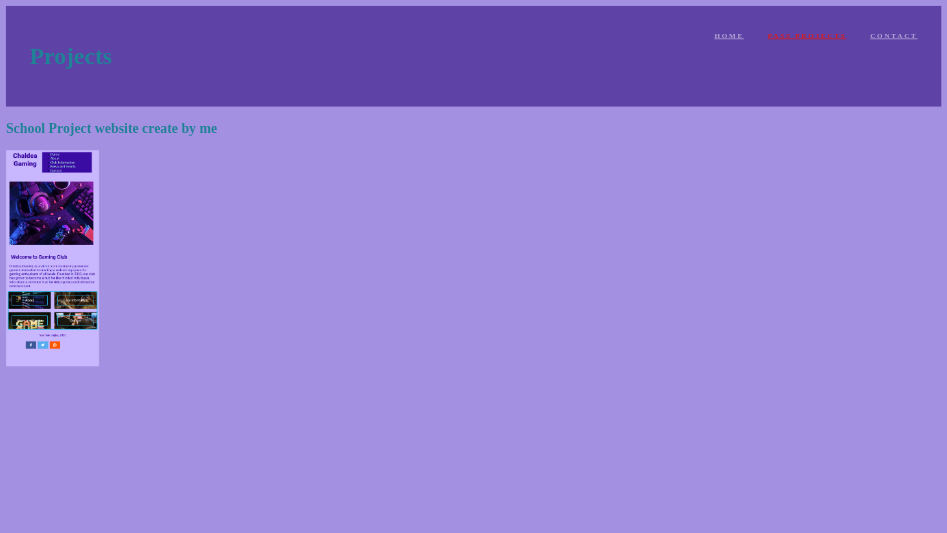
Repository: NyleNC/main
Page: projects.html
The author's editor kept a copy of each file at every save. The page is drawn from the files as they stood at one save, then again after the next save.
The browser window is 1280 px wide. The pictures show the whole page, at 74% of full size.

Above is the page before, as saved 2024-11-07 00:25:18.

After the next save:
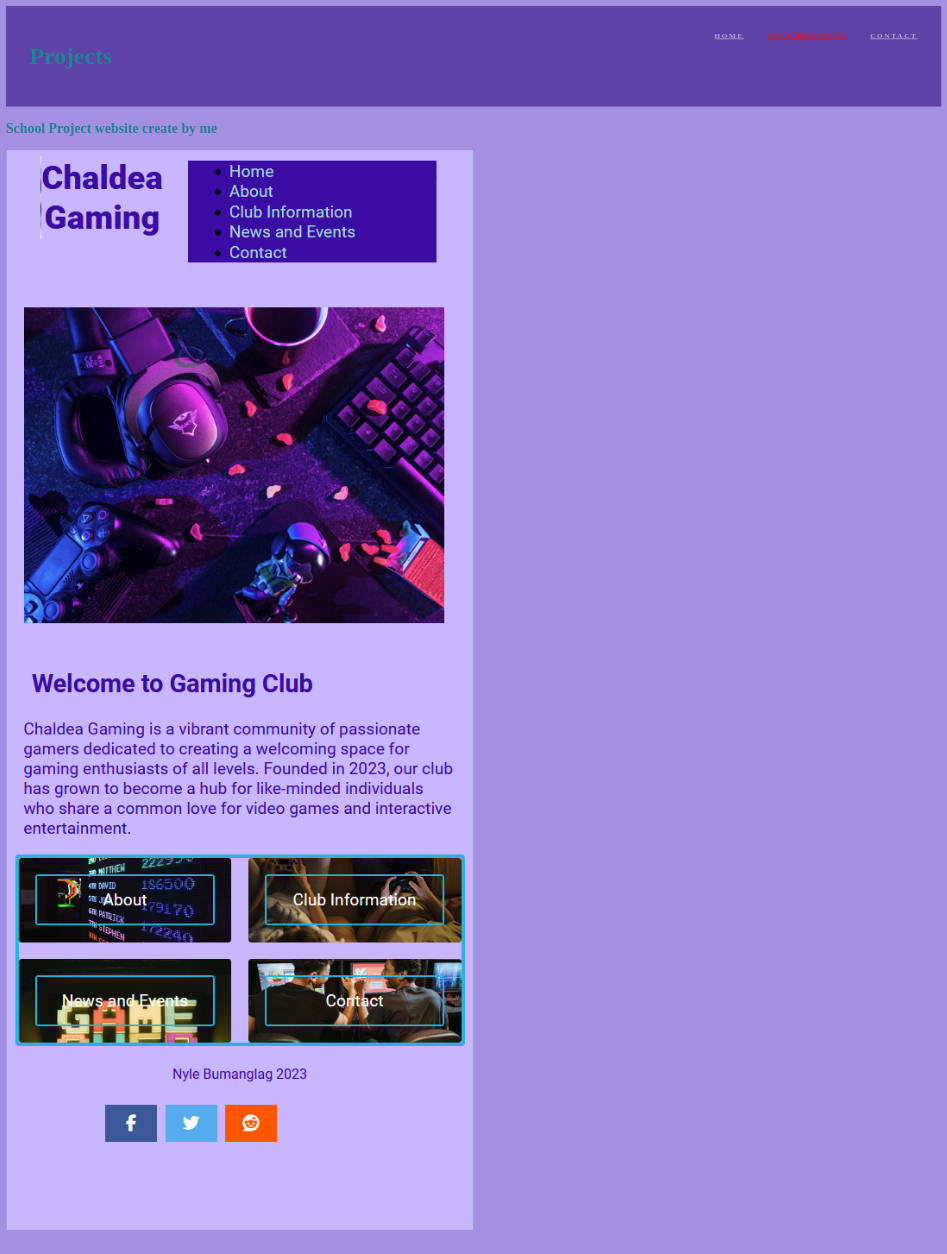
Saved 7 s later.
--- a/style.css
+++ b/style.css
@@ -60,5 +60,5 @@ color: #dd1a1a;
 .image-fit {
  display: block;
  margin: 0 0 2em 0;
- width: 10%;
+ width: 50%;
 }
